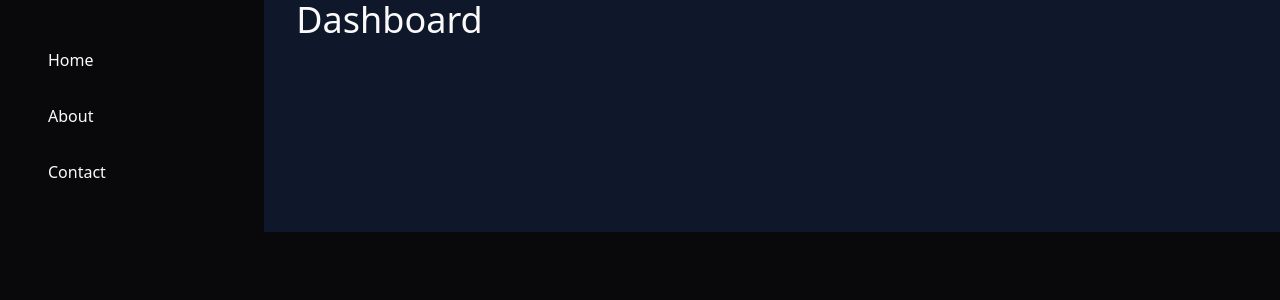
Repository: svoglimacci/recipe-app-tmp
Page: /app
These files come from the project's save history. The page is drawn as it stood at one moment and after the next save; the edit follows.
The browser window is 1280 px wide. The pictures show the whole page.
The project was rebuilt for these pictures with package versions that can differ from the ones it lists, and the page was loaded fresh each time. Also part of the build but not shown: vite.config.ts, src/components/Recipe.tsx, src/components/RecipeList.tsx, src/components/RecipeCard.tsx, src/views/Login.tsx, src/views/Landing.tsx, src/views/Home.tsx.

Above is the page before, as saved 2024-01-30 13:56:13.

After the next save:
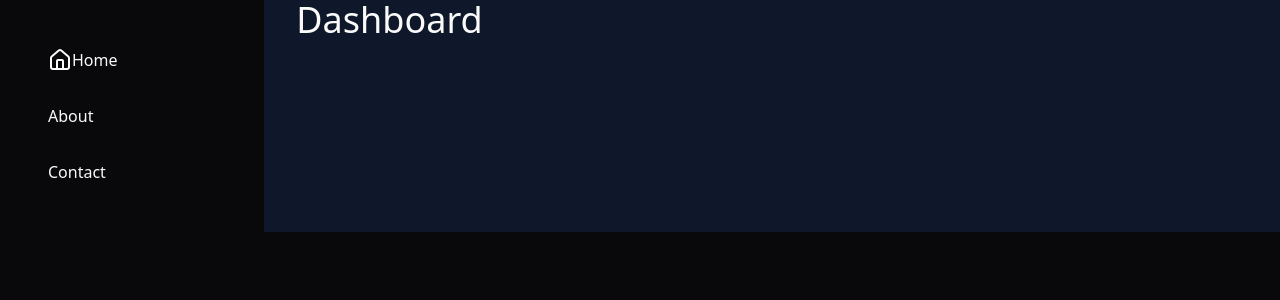
Saved 8 s later.
--- a/src/components/Nav.tsx
+++ b/src/components/Nav.tsx
@@ -3,7 +3,7 @@ import { Home } from "lucide-react";
 function Nav() {
   return (
   <nav className="flex flex-row w-80 p-8">
-  <ul className="flex flex-col justify-between w-16">
+  <ul className="flex flex-col justify-between">
     <li className="flex justify-between text-primary p-4"><Home/> Home</li>
     <li className="text-primary p-4">About</li>
     <li className="text-primary p-4">Contact</li>
